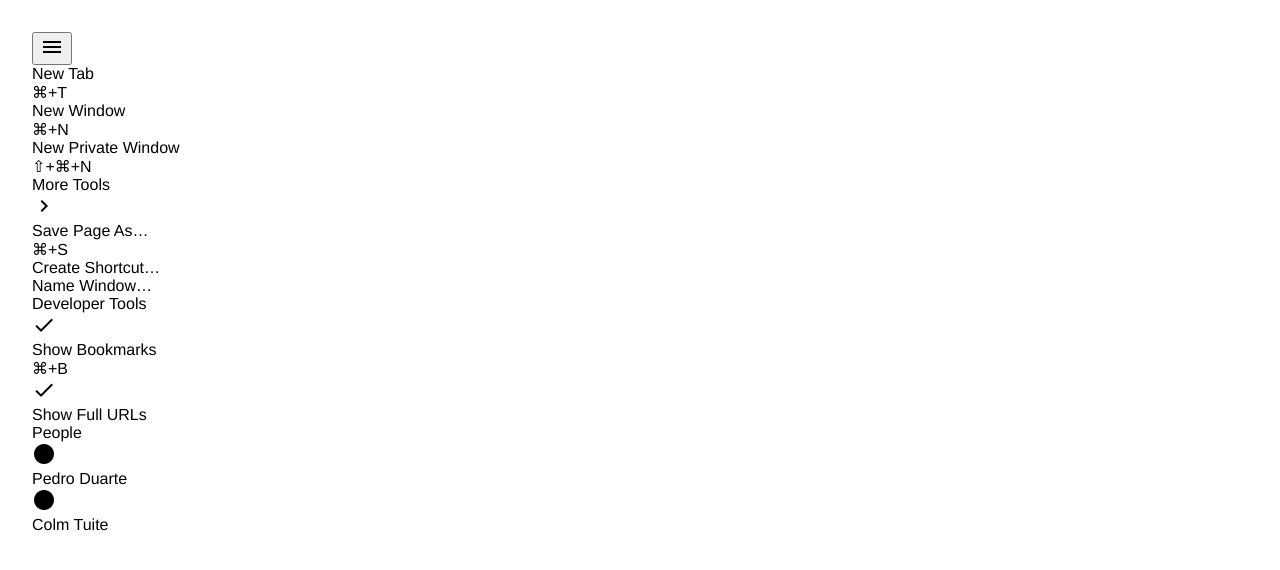
Repository: unfortunatelygeek/dotfiles
Page: myntra/AR-page/dropdown.html
These files come from the project's save history. The page is drawn as it stood at one moment and after the next save; the edit follows.
The browser window is 1280 px wide. The pictures show the whole page.

Above is the page before, as saved 2024-07-15 12:17:55.

### myntra/AR-page/dropdown.html
<!DOCTYPE html>
<html lang="en">
<head>
  <meta charset="UTF-8">
  <meta name="viewport" content="width=device-width, initial-scale=1.0">
  <title>Dropdown Menu Demo</title>
  <link rel="stylesheet" href="styles.css">
  <!-- Radix UI Icons -->
  <link rel="stylesheet" href="https://fonts.googleapis.com/icon?family=Material+Icons">
</head>
<body>
  <div id="app">
    <button class="IconButton" aria-label="Customise options">
      <span class="material-icons">menu</span>
    </button>
    <div class="DropdownMenuContent">
      <div class="DropdownMenuItem">New Tab <div class="RightSlot">⌘+T</div></div>
      <div class="DropdownMenuItem">New Window <div class="RightSlot">⌘+N</div></div>
      <div class="DropdownMenuItem" disabled>New Private Window <div class="RightSlot">⇧+⌘+N</div></div>
      <div class="DropdownMenuSubTrigger">More Tools <div class="RightSlot"><span class="material-icons">chevron_right</span></div></div>
      <div class="DropdownMenuSubContent">
        <div class="DropdownMenuItem">Save Page As… <div class="RightSlot">⌘+S</div></div>
        <div class="DropdownMenuItem">Create Shortcut…</div>
        <div class="DropdownMenuItem">Name Window…</div>
        <div class="DropdownMenu.Separator"></div>
        <div class="DropdownMenuItem">Developer Tools</div>
      </div>
      <div class="DropdownMenuSeparator"></div>
      <div class="DropdownMenuCheckboxItem">
        <div class="DropdownMenuItemIndicator"><span class="material-icons">check</span></div>
        Show Bookmarks <div class="RightSlot">⌘+B</div>
      </div>
      <div class="DropdownMenuCheckboxItem">
        <div class="DropdownMenuItemIndicator"><span class="material-icons">check</span></div>
        Show Full URLs
      </div>
      <div class="DropdownMenuSeparator"></div>
      <div class="DropdownMenuLabel">People</div>
      <div class="DropdownMenuRadioItem">
        <div class="DropdownMenuItemIndicator"><span class="material-icons">circle</span></div>
        Pedro Duarte
      </div>
      <div class="DropdownMenuRadioItem">
        <div class="DropdownMenuItemIndicator"><span class="material-icons">circle</span></div>
        Colm Tuite
      </div>
    </div>
  </div>
</body>
</html>

### myntra/AR-page/styles.css
/* CSS files add styling rules to your content */

body {
    font-family: helvetica, arial, sans-serif;
    margin: 2em;
  }

  h1 {
    font-style: italic;
    color: #373fff;
  }

### myntra/AR-page/dropdown.css
/* Myntra Signature Colors */
:root {
    --main-bg-color: #0066FF;
    --main-text-color: #FFFFFF;
    --secondary-bg-color: #FF3366;
    --secondary-text-color: #000000;
  }

  body {
    font-family: Arial, sans-serif;
    background-color: var(--main-bg-color);
    color: var(--main-text-color);
    padding: 20px;
  }

  .IconButton {
    font-family: inherit;
    border-radius: 100%;
    height: 35px;
    width: 35px;
    display: inline-flex;
    align-items: center;
    justify-content: center;
    color: var(--main-text-color);
    background-color: white;
    box-shadow: 0 2px 10px rgba(0, 0, 0, 0.3);
  }

  .IconButton:hover {
    background-color: var(--secondary-bg-color);
  }

  .DropdownMenuContent {
    min-width: 220px;
    background-color: white;
    border-radius: 6px;
    padding: 5px;
    box-shadow: 0px 10px 38px -10px rgba(0, 102, 255, 0.35), 0px 10px 20px -15px rgba(0, 102, 255, 0.2);
    animation-duration: 400ms;
    animation-timing-function: cubic-bezier(0.16, 1, 0.3, 1);
    will-change: transform, opacity;
  }

  .DropdownMenuItem,
  .DropdownMenuCheckboxItem,
  .DropdownMenuRadioItem,
  .DropdownMenuSubTrigger {
    font-size: 13px;
    line-height: 1;
    color: var(--main-text-color);
    border-radius: 3px;
    display: flex;
    align-items: center;
    height: 25px;
    padding: 0 5px;
    position: relative;
    padding-left: 25px;
    user-select: none;
    outline: none;
  }

  .DropdownMenuSubTrigger[data-state='open'] {
    background-color: var(--secondary-bg-color);
    color: var(--main-text-color);
  }

  .DropdownMenuItem[data-disabled],
  .DropdownMenuCheckboxItem[data-disabled],
  .DropdownMenuRadioItem[data-disabled],
  .DropdownMenuSubTrigger[data-disabled] {
    color: var(--secondary-text-color);
    pointer-events: none;
  }

  .DropdownMenuItem[data-highlighted],
  .DropdownMenuCheckboxItem[data-highlighted],
  .DropdownMenuRadioItem[data-highlighted],
  .DropdownMenuSubTrigger[data-highlighted] {
    background-color: var(--secondary-bg-color);
    color: var(--secondary-text-color);
  }

  .DropdownMenuLabel {
    padding-left: 25px;
    font-size: 12px;
    line-height: 25px;
    color: var(--secondary-text-color);
  }

  .DropdownMenuSeparator {
    height: 1px;
    background-color: var(--main-text-color);
    margin: 5px;
  }

  .DropdownMenuItemIndicator {
    position: absolute;
    left: 0;
    width: 25px;
    display: inline-flex;
    align-items: center;
    justify-content: center;
  }

  /* Animation Keyframes (unchanged) */
  @keyframes slideUpAndFade {
    from {
      opacity: 0;
      transform: translateY(2px);
    }
    to {
      opacity: 1;
      transform: translateY(0);
    }
  }

  @keyframes slideRightAndFade {
    from {
      opacity: 0;
      transform: translateX(-2px);
    }
    to {
      opacity: 1;
      transform: translateX(0);
    }
  }

  @keyframes slideDownAndFade {
    from {
      opacity: 0;
      transform: translateY(-2px);
    }
    to {
      opacity: 1;
      transform: translateY(0);
    }
  }

  @keyframes slideLeftAndFade {
    from {
      opacity: 0;
      transform: translateX(2px);
    }
    to {
      opacity: 1;
      transform: translateX(0);
    }
  }

After the next save:
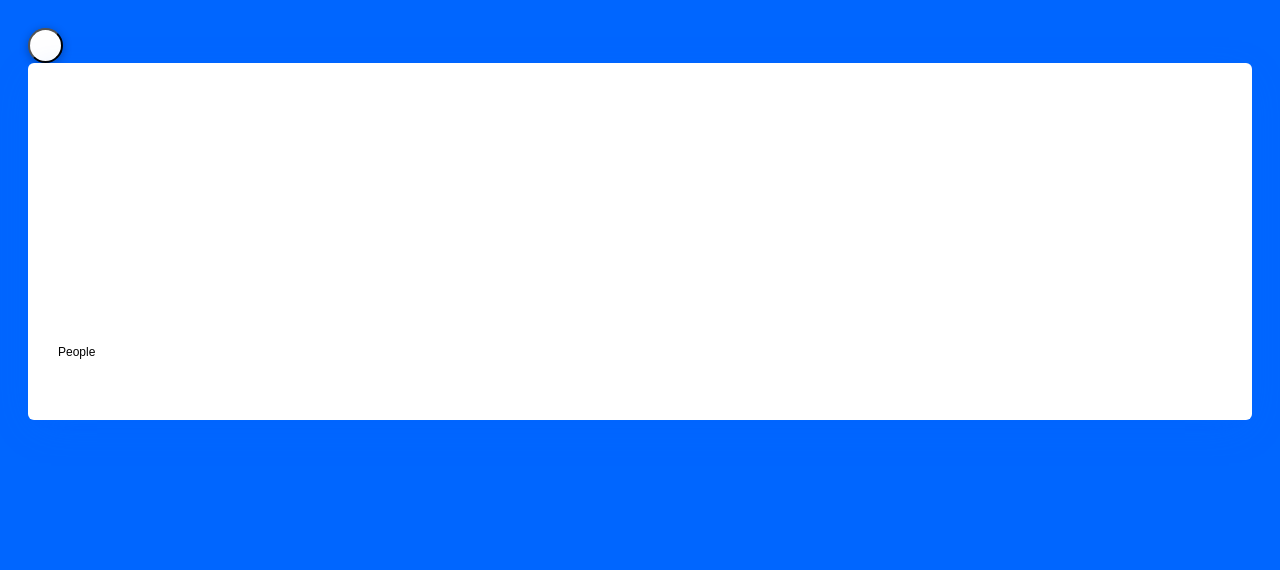
Saved 20 s later.
--- a/myntra/AR-page/dropdown.html
+++ b/myntra/AR-page/dropdown.html
@@ -4,7 +4,7 @@
   <meta charset="UTF-8">
   <meta name="viewport" content="width=device-width, initial-scale=1.0">
   <title>Dropdown Menu Demo</title>
-  <link rel="stylesheet" href="styles.css">
+  <link rel="stylesheet" href="dropdown.css">
   <!-- Radix UI Icons -->
   <link rel="stylesheet" href="https://fonts.googleapis.com/icon?family=Material+Icons">
 </head>
